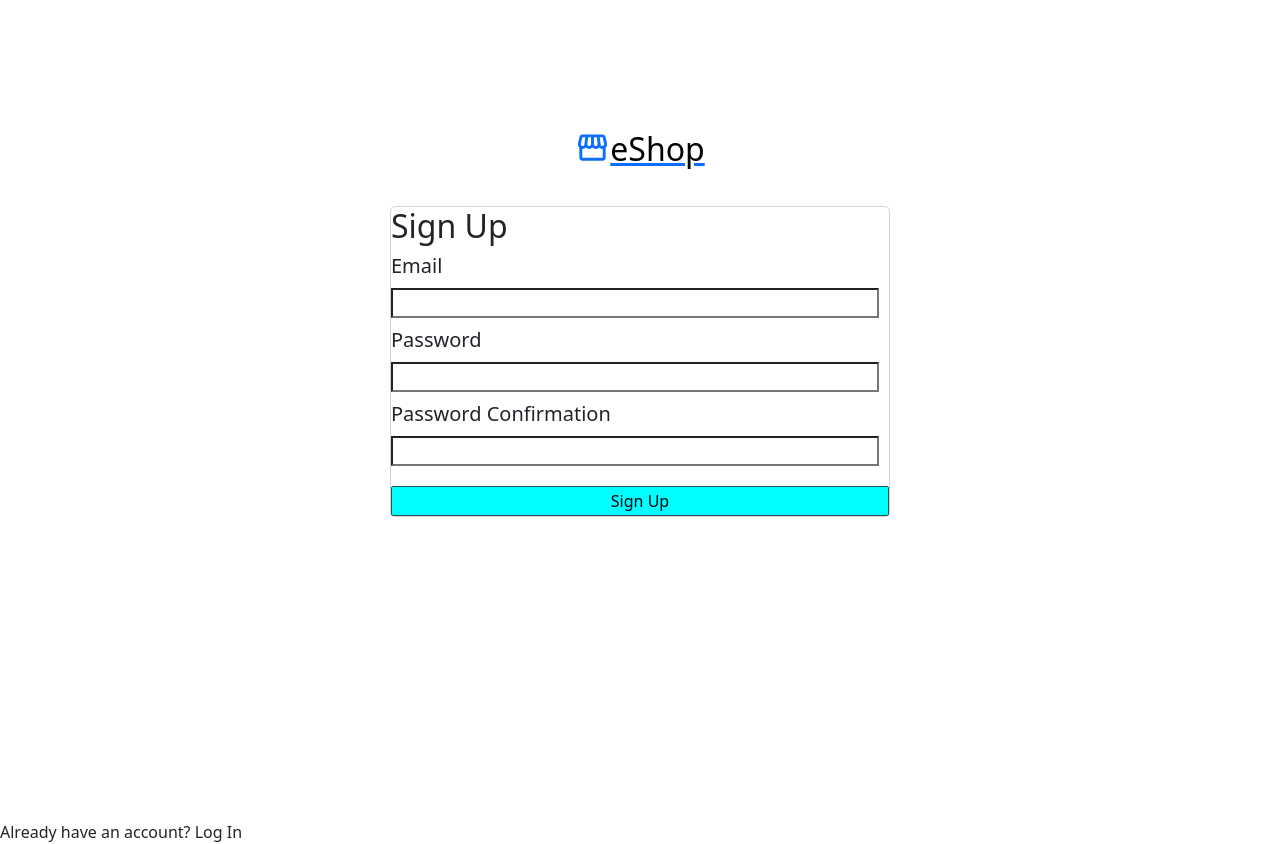
Repository: carinvid/reach-eshop
Page: /signup
An editor plug-in stored every save of this project. The page is shown before and after the next save, followed by the edit.
The browser window is 1280 px wide. The pictures show the whole page.
The page's requests for data from a server got no answer. The project was rebuilt for these pictures with package versions that can differ from the ones it lists, and the page was loaded fresh each time. No one was signed in, and anything a server would have sent is missing. Also part of the build but not shown: src/Header.css, src/Header.js, src/Home.css, src/Product.css, src/Product.js, src/Home.js, src/Checkout.css, src/CheckoutProduct.css and 6 more.

Above is the page before, as saved 2022-04-06 16:16:25.

### public/index.html
<!DOCTYPE html>
<html lang="en">
  <head>
    <meta charset="utf-8" />

    <meta name="viewport" content="width=device-width, initial-scale=1" />
    <meta name="theme-color" content="#000000" />

    <title>React App</title>
  </head>
  <body>

    <div id="root"></div>

  </body>
</html>

### src/index.js
import React from 'react';
import ReactDOM from 'react-dom';
import './index.css';
import App from './App';
import reducer, { initialState} from './reducer';
import { StateProvider } from './StateProvider';
import "bootstrap/dist/css/bootstrap.min.css"

ReactDOM.render(
  <React.StrictMode>
    <StateProvider initialState={initialState} reducer = { reducer }>
    <App />
    </StateProvider>
  </React.StrictMode>,
  document.getElementById('root')
);

### src/index.css
body {
  margin: 0;
  background-color: rgba(234, 237,237);
  font-family: -apple-system, BlinkMacSystemFont, 'Segoe UI', 'Roboto', 'Oxygen',
    'Ubuntu', 'Cantarell', 'Fira Sans', 'Droid Sans', 'Helvetica Neue',
    sans-serif;
  -webkit-font-smoothing: antialiased;
  -moz-osx-font-smoothing: grayscale;
}

code {
  font-family: source-code-pro, Menlo, Monaco, Consolas, 'Courier New',
    monospace;
}

### src/App.js

import './App.css';
import Header from "./Header"
import Home from "./Home";
import {BrowserRouter as Router, Route, Switch} from "react-router-dom"
import Checkout from './Checkout';
import Login from './Login';
import Signup from './Signup';

function App() {
  return (
    <div className="App">
      <Router>
        <Switch>
          <Route path="/login">
            <Login />
          </Route>
          <Route path="/signup">
            <Signup />
          </Route>
          <Route path="/checkout">
            <Header />
            <Checkout />
          </Route>
          <Route path="/" >
            <Header />
            <Home />
          </Route>
        </Switch>
      </Router>

    </div>)
}

export default App;

### src/Reducer.js
export const initialState = {
    basket: [],
};

export const getBasketTotal = (basket) => {
    return(basket?.reduce((amount, item) => item.price + amount, 0));
}

const reducer = (state, action) => {
    switch(action.type) {
        case "ADD_TO_BASKET":
            return {
                ...state,
                basket: [...state.basket, action.item],
            }
            case "REMOVE_FROM_BASKET" :
            const index = state.basket.findIndex(
                (basketItem) => basketItem.id === action.id
            );
            let newBasket = [...state.basket];

            if(index >= 0) {
                newBasket.splice(index, 1)
            } else {
                console.warn( `Can't remove product(id: ${action.id}) as it is not in the basket!`)
            }
            return {...state,basket: newBasket}

            default:
            return state;
    }

}

export default reducer;

### src/StateProvider.js
import React, {createContext, useContext, useReducer} from "react";

export const StateContext = createContext();


export const StateProvider = ({ reducer, initialState, children }) => {


    return (
    <StateContext.Provider value={useReducer(reducer, initialState)}>
        {children}
    </StateContext.Provider>
    )
};

export const useStateValue = () => useContext(StateContext);

### src/Signup.js
import React, { useRef } from 'react';
import './Signup.css'
import { Link } from "react-router-dom";
import StorefrontIcon from '@material-ui/icons/Storefront';

export default function Signup() {
    const emailRef = useRef();
    const passwordRef = useRef();
    const passwordConfirmRef = useRef();


  return (
    <>
    <div className="signup">
    <Link to= '/' style={{ texDecoration : "none"}}>
            <div className="login-logo">
                <StorefrontIcon className="login=logoImage" fontSize="large"/>
                <h2 className="login-logoTitle">eShop</h2>
            </div>
            </Link>
        <div className="signup-container">
            <h2>Sign Up</h2>
            <form >
                        <h5>Email</h5>
                        <input type="email" ref={emailRef} required />
                        <h5>Password</h5>

                        <input type="password" ref={passwordRef} required />


                        <h5>Password Confirmation</h5>
                        <input type="password" ref={passwordConfirmRef} required />

                    <button type="submit" className="signup-signupButton">Sign Up</button>
            </form>
        </div>
    </div>

    <div className="goToLogin">
        Already have an account? Log In
    </div>
    </>
  )
}

### src/Login.css
.login {
    background-color: white;
    height: 100vh;
    display: flex;
    flex-direction: column;
    align-items: center;
}

.login-logo {
    display: flex;
    margin: 30px 0;
}

.login-logoImage {
    color: aqua;
}

.login-logoTitle {
    color: black;
}
.login-container {
    width: 300px;
    height: fit-content;
    display: flex;
    flex-direction: column;
    border-radius: 5px;
    border: 1px solid lightgrey;
}

.login-container > h1 {
    font-weight: 500;
    margin-bottom: 20px;
}

.login-container > form > h5 {
    margin-bottom: 5px;
}

.login-container > form > input {
    height: 30px;
    margin-bottom: 10px;
    background-color: white;
    width: 98%;
}

.login-container > p {
    margin-top: 15px;
    font-size: 12px;
}

.login-signInButton {
    background: aqua;
    border-radius: 2px;
    width: 100%;
    height: 30px;
    border: 1px solid;
    margin-top: 10px;
    border-color: rgb(44, 82, 87) ;
}

.login-registerButton {
    border-radius: 2px;
    width: 100%;
    height: 30px;
    border: 1px solid;
    margin-top: 10px;
    border-color: rgb(6, 56, 51);
}

### src/Signup.css
.signup {
    margin-top: 100px;
    background-color: white;
    height: 100vh;
    display: flex;
    flex-direction: column;
    align-items: center;
}

.login-logo {
    display: flex;
    margin: 30px 0;
}

.login-logoImage {
    color: aqua;
}

.login-logoTitle {
    color: black;
}

.signup-container {
    width: 500px;
    height: fit-content;
    display: flex;
    flex-direction: column;
    border-radius: 5px;
    border: 1px solid lightgrey;
}

.signup-container > h1 {
    font-weight: 500;
    margin-bottom: 20px;
}

.signup-container > form > h5 {
    margin-bottom: 10px;
}

.signup-container > form > input {
    height: 30px;
    margin-bottom: 10px;
    background-color: white;
    width: 98%;
}

.signup-container > p {
    margin-top: 15px;
    font-size: 12px;
}

.signup-signupButton {
    background: aqua;
    border-radius: 2px;
    width: 100%;
    height: 30px;
    border: 1px solid;
    margin-top: 10px;
    border-color: rgb(44, 82, 87) ;
}

Loaded but not shown: src/App.css (common file)

After the next save:
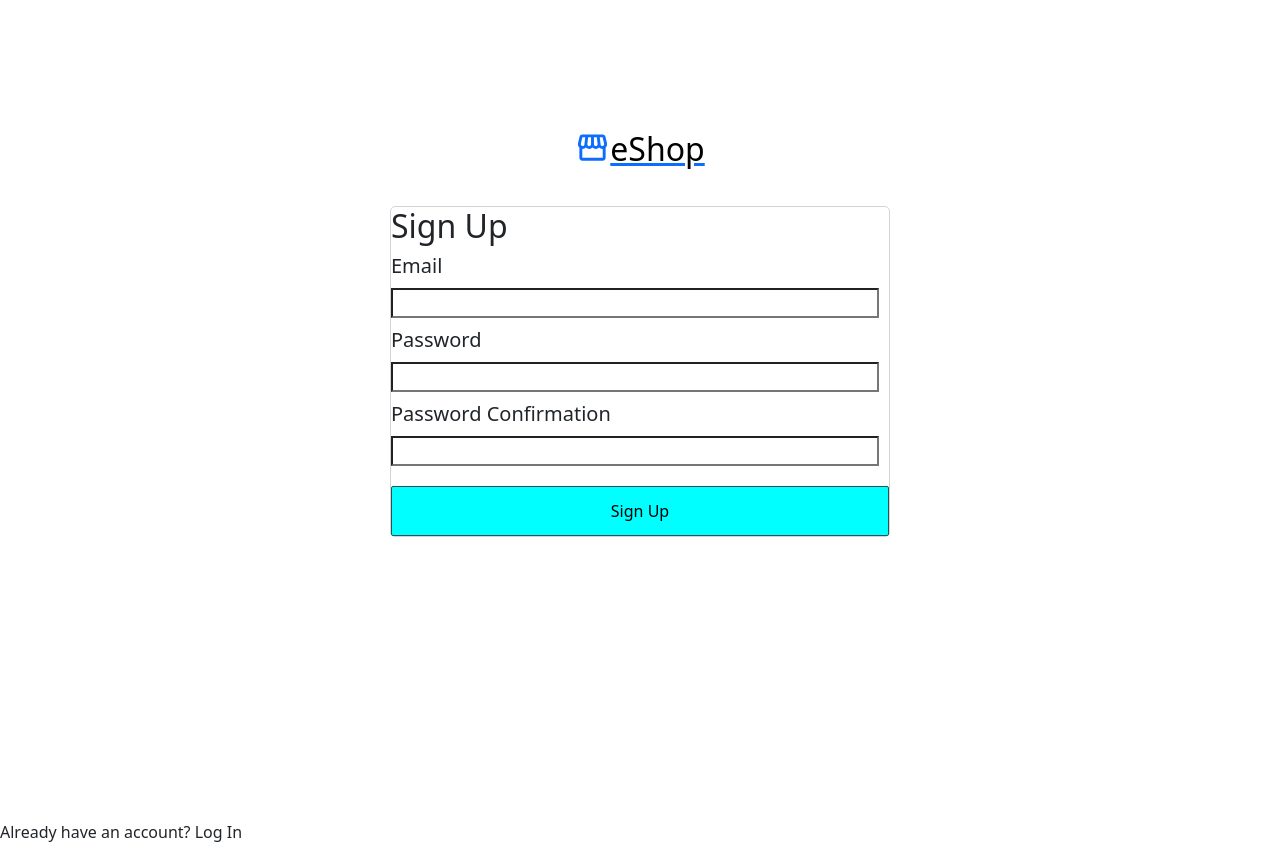
Saved 29 s later.
--- a/src/Signup.css
+++ b/src/Signup.css
@@ -54,7 +54,7 @@
     background: aqua;
     border-radius: 2px;
     width: 100%;
-    height: 30px;
+    height: 50px;
     border: 1px solid;
     margin-top: 10px;
     border-color: rgb(44, 82, 87) ;
